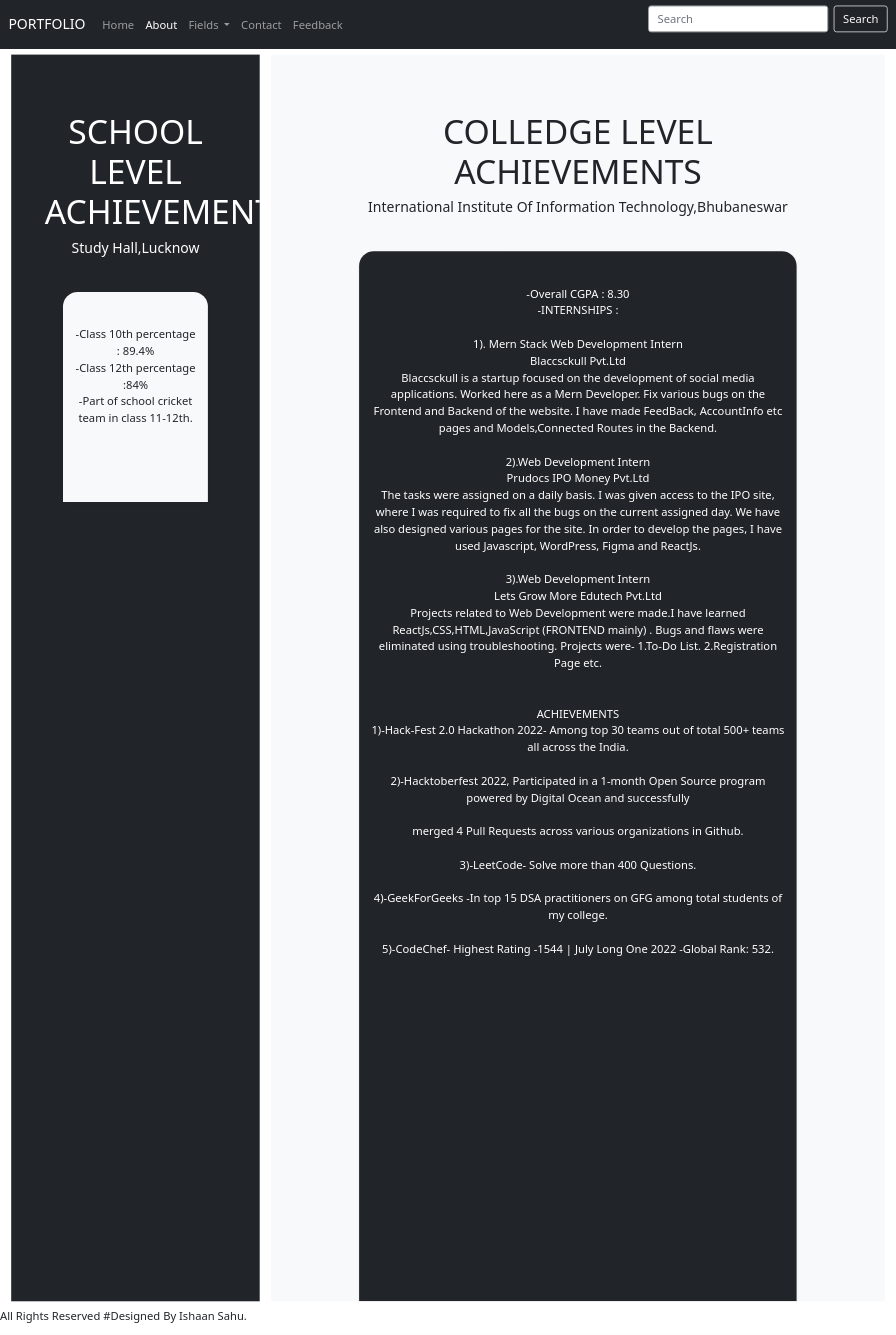
Repository: ishaan51551/Ishaan-s-Portfolio-
Page: about.html
An editor plug-in stored every save of this project. The page is shown before and after the next save, followed by the edit.
The browser window is 1280 px wide. The pictures show the whole page, at 70% of full size.

Above is the page before, as saved 2023-09-13 16:21:32.

### about.html
</body>

</html>

<!doctype html>
<html lang="en">

<head>
  <!-- Required meta tags -->
  <meta charset="utf-8">
  <meta name="viewport" content="width=device-width, initial-scale=1">

  <!-- Bootstrap CSS -->
  <link href="https://cdn.jsdelivr.net/npm/bootstrap@5.1.1/dist/css/bootstrap.min.css" rel="stylesheet"
    integrity="sha384-F3w7mX95PdgyTmZZMECAngseQB83DfGTowi0iMjiWaeVhAn4FJkqJByhZMI3AhiU" crossorigin="anonymous">

  <title>Ishaan Sahu Portfolio</title>
</head>

<body>


  <!-- NAVBAR -->
  <nav class="navbar navbar-expand-lg navbar-dark bg-dark">
    <div class="container-fluid">
      <a class="navbar-brand" href="#">PORTFOLIO </a>
      <button class="navbar-toggler" type="button" data-bs-toggle="collapse" data-bs-target="#navbarSupportedContent"
        aria-controls="navbarSupportedContent" aria-expanded="false" aria-label="Toggle navigation">
        <span class="navbar-toggler-icon"></span>
      </button>
      <div class="collapse navbar-collapse" id="navbarSupportedContent">
        <ul class="navbar-nav me-auto mb-2 mb-lg-0">
          <li class="nav-item">
            <a class="nav-link " aria-current="page" href="index.html">Home</a>
          </li>
          <li class="nav-item">
            <a class="nav-link active" href="/about.html">About</a>
          </li>
          <li class="nav-item dropdown">
            <a class="nav-link dropdown-toggle" href="#" id="navbarDropdown" role="button" data-bs-toggle="dropdown"
              aria-expanded="false">
              Fields
            </a>
            <ul class="dropdown-menu" aria-labelledby="navbarDropdown">
              <li><a class="dropdown-item" href="programming.html">Programming</a></li>
              <li><a class="dropdown-item" href="webdev.html">Web Devlopment</a></li>
              <li>
                <hr class="dropdown-divider">
              </li>
              <li><a class="dropdown-item" href="extracurricular.html">Extra Curricular</a></li>
            </ul>
          </li>
          <li class="nav-item">
            <a class="nav-link " aria-current="page" href="contact.html">Contact</a>
          </li>

          <li class="nav-item">
            <a class="nav-link" href="feedback.html">Feedback</a>

          </li>

        </ul>
        <form class="d-flex">
          <input class="form-control me-2" type="search" placeholder="Search" aria-label="Search">
          <button class="btn btn-outline-light" type="submit">Search</button>

        </form>
      </div>
    </div>
  </nav>

  <!-- Optional JavaScript; choose one of the two! -->

  <!-- Option 1: Bootstrap Bundle with Popper -->
  <script src="https://cdn.jsdelivr.net/npm/bootstrap@5.1.1/dist/js/bootstrap.bundle.min.js"
    integrity="sha384-/bQdsTh/da6pkI1MST/rWKFNjaCP5gBSY4sEBT38Q/9RBh9AH40zEOg7Hlq2THRZ"
    crossorigin="anonymous"></script>



  <!-- boxes -->
  <div class="d-md-flex flex-md-equal w-100my-md-3 ps-md-3 my-2 justify-content-center align item center">
    <div class="bg-dark me-md-3 pt-3 px-3 pt-md-5 px-md-5 text-center text-white overflow-hidden">
      <div class="my-3 py-3 ">
        <h2 class="display-5">SCHOOL LEVEL ACHIEVEMENTS</h2>
        <p class="lead">Study Hall,Lucknow</p>
      </div>
      <div class="bg-light shadow-sm mx-auto" style="width: 80%; height: 300px; border-radius: 21px 21px 0 0;">
        <p class="dance text-dark overfow-hidden text-center px-3 py-5">-Class 10th percentage : 89.4%</br>
          -Class 12th percentage :84%</br>
          -Part of school cricket team in class 11-12th.<br>
        </p>

      </div>
    </div>
    <div class="bg-light me-md-3 pt-3 px-3 pt-md-5 px-md-5 text-center overflow-hidden">
      <div class="my-3 p-3">
        <h2 class="display-5">COLLEDGE LEVEL ACHIEVEMENTS</h2>
        <p class="lead">International Institute Of Information Technology,Bhubaneswar</p>
      </div>
      <div class="bg-dark shadow-sm mx-auto" style="width: 80%; height: 1500px; border-radius: 21px 21px 0 0;">
        <p class="swing text-white text-center px-3 py-5">
          -Overall CGPA : 8.30</br>
          -INTERNSHIPS :</br>
          <br>
          1). Mern Stack Web Development Intern<br>
          Blaccsckull Pvt.Ltd<br>
          Blaccsckull is a startup focused on the development of social media applications. Worked here as a Mern
          Developer.
          Fix various bugs on the Frontend and Backend of the website.
          I have made FeedBack, AccountInfo etc pages and Models,Connected Routes in the Backend.
          <br>
          <br>
          2).Web Development Intern<br>
          Prudocs IPO Money Pvt.Ltd<br>
          The tasks were assigned on a daily basis.
          I was given access to the IPO site, where I was required to fix all the bugs on the current assigned day. We
          have also designed various pages for the site.
          In order to develop the pages, I have used Javascript, WordPress, Figma and ReactJs.
          <br>
          <br>
          3).Web Development Intern<br>
          Lets Grow More Edutech Pvt.Ltd<br>
          Projects related to Web Development were made.I have learned ReactJs,CSS,HTML,JavaScript (FRONTEND mainly) .
          Bugs and flaws were eliminated using troubleshooting.
          Projects were-
          1.To-Do List.
          2.Registration Page etc.
          <br><br><br>
          ACHIEVEMENTS<br>
          1)-Hack-Fest 2.0 Hackathon 2022- Among top 30 teams out of total 500+ teams all across the India.<br><br>
          2)-Hacktoberfest 2022, Participated in a 1-month Open Source program powered by Digital Ocean and successfully<br><br>
          merged 4 Pull Requests across various organizations in Github.<br><br>
          3)-LeetCode- Solve more than 400 Questions.<br><br>
          4)-GeekForGeeks -In top 15 DSA practitioners on GFG among total students of my college. <br><br>
          5)-CodeChef- Highest Rating -1544 | July Long One 2022 -Global Rank: 532.<br><br>

        </p>
        </p>
      </div>
    </div>
  </div>

  <!-- FOOTER  -->
  <footer class="blog-footer">
    <p>All Rights Reserved #Designed By Ishaan Sahu.</p>
    <p>

    </p>
  </footer>
</body>

</html>

After the next save:
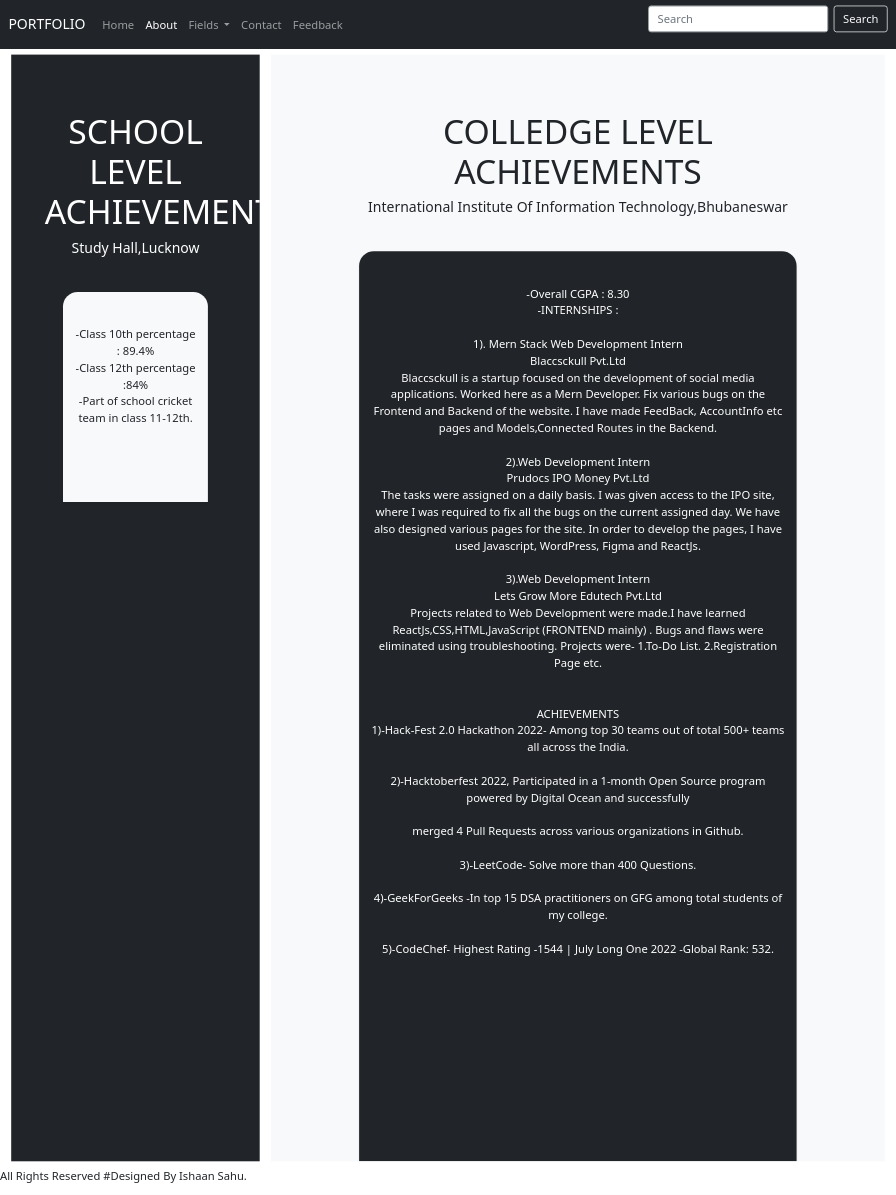
Saved 6 s later.
--- a/about.html
+++ b/about.html
@@ -98,7 +98,7 @@
         <h2 class="display-5">COLLEDGE LEVEL ACHIEVEMENTS</h2>
         <p class="lead">International Institute Of Information Technology,Bhubaneswar</p>
       </div>
-      <div class="bg-dark shadow-sm mx-auto" style="width: 80%; height: 1500px; border-radius: 21px 21px 0 0;">
+      <div class="bg-dark shadow-sm mx-auto" style="width: 80%; height: 1300px; border-radius: 21px 21px 0 0;">
         <p class="swing text-white text-center px-3 py-5">
           -Overall CGPA : 8.30</br>
           -INTERNSHIPS :</br>
